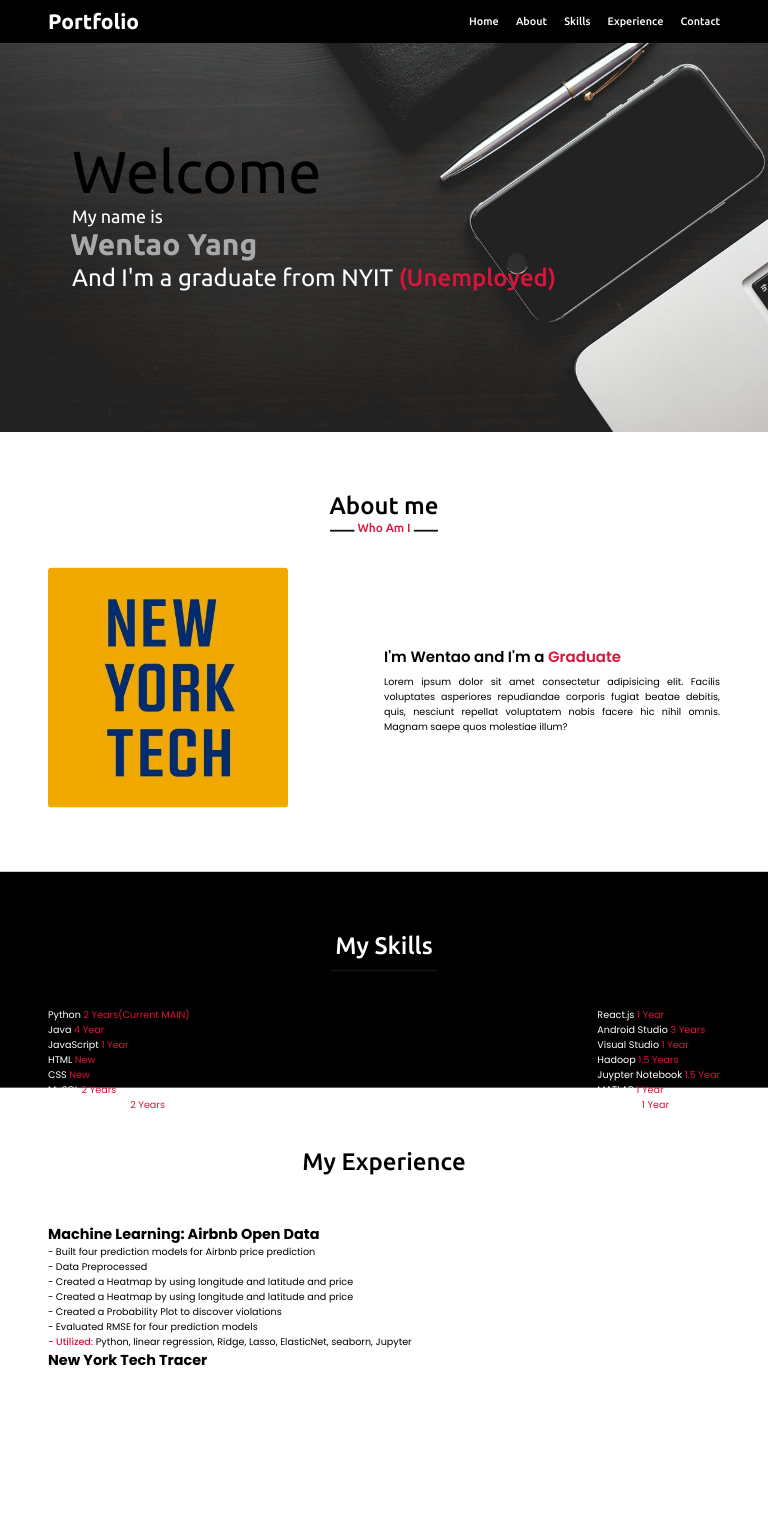
Repository: wyang08/wyang08.github.io
Page: index.html
These files come from the project's save history. The page is drawn as it stood at one moment and after the next save; the edit follows.
The browser window is 1280 px wide. The pictures show the whole page, at 60% of full size.

Above is the page before, as saved 2021-07-02 20:15:33.

### index.html
<!DOCTYPE html>
<html lang="en">
<head>
    <meta charset="UTF-8">
    <meta name="viewport" content="width=divice-width, initial-scale=1.0">
    <title>Personal Porfolio Website</title>
    <link rel="stylesheet" href="style.css">
    <script src="https://kit.fontawesome.cm/a076d05399.js"></script>
    <script src="https://code.jquery.com/jquery-3.5.1.min.js"></script>
</head>

<body>

    <nav class="navbar">
        <div class="max-width">

            <div class="logo"><a href="#">Portfo<span>lio</span></a></div>

            <ul class="menu">
                <li><a href="#home" class="menu-btn">Home</a></li>
                <li><a href="#about" class="menu-btn">About</a></li>
                <li><a href="#skills" class="menu-btn">Skills</a></li>
                <li><a href="#experience" class="menu-btn">Experience</a></li>
                <li><a href="#contact" class="menu-btn">Contact</a></li>
            </ul>

        </div>


    </nav>

    <!-- home section 内容 -->
    <section class="home" id="home">
        <div class="max-width">
            <div class="home-content">
                <div class="text-1">Welcome</div>
                <div class="text-2">My name is</div>
                <div class="text-3">Wentao Yang</div>
                <div class="text-4">And I'm a graduate from NYIT <span>(Unemployed)</span></div>
            </div>
        </div>
    </section>

    <!-- about section 内容 -->
    <section class="about" id="about">
        <div class="max-width">
            <h2 class="title">About me</h2>
            <div class='about-content'>
                <div class="column left">
                    <img src="images/background/NYIT.jpg" alt="">
                </div>
                <div class="column right">
                    <div class="text">I'm Wentao and I'm a <span>Graduate</span></div>
                    <p>Lorem ipsum dolor sit amet consectetur adipisicing elit. Facilis voluptates asperiores repudiandae corporis fugiat beatae debitis, quis, nesciunt repellat voluptatem nobis facere hic nihil omnis. Magnam saepe quos molestiae illum?</p>
                </div>
            </div>
        </div>
    </section>

    <!-- skill section 内容 -->
    <section class="skills" id="skills">
        <div class="max-width">
            <h2 class="title">My Skills</h2>
            <div class="skill-set">
                <div class="column left">
                    <div class="text-1">Python <span>2 Years(Current MAIN)</span></div>
                    <div class="text-2">Java <span>4 Year</span></div>
                    <div class="text-3">JavaScript <span>1 Year</span></div>
                    <div class="text-4">HTML <span>New</span></div>
                    <div class="text-5">CSS <span>New</span></div>
                    <div class="text-6">MySQL <span>2 Years</span></div>
                    <div class="text-7">NoSQL(Firebase) <span> 2 Years</span></div>
                </div>
                <div class="column right">
                    <div class="text-1">React.js <span>1 Year</span></div>
                    <div class="text-2">Android Studio <span>3 Years</span></div>
                    <div class="text-3">Visual Studio <span>1 Year</span></div>
                    <div class="text-4">Hadoop <span>1.5 Years</span></div>
                    <div class="text-5">Juypter Notebook <span>1.5 Year</span></div>
                    <div class="text-6">MATLAB <span>1 Year</span></div>
                    <div class="text-7">AWS EC2 <span>1 Year</span></div>
                </div>
            </div>
        </div>

    </section>

    <script src="script.js"></script>


    <!-- experience seciton content -->
    <section class="experience" id="experience">
        <div class="max-width">
            <h2 class="title">My Experience</h2>
            <div class='all-experience'>
                <div class="first">
                    <h2 class="title-1">Machine Learning: Airbnb Open Data</h2>
                    <!-- <div class="experience-1">Machine Learning: Airbnb Open Data</div> -->
                    <div class="text-1">- Built four prediction models for Airbnb price prediction</div>
                    <div class="text-2">- Data Preprocessed</div>
                    <div class="text-3">- Created a Heatmap by using longitude and latitude and price </div>
                    <div class="text-4">- Created a Heatmap by using longitude and latitude and price </div>
                    <div class="text-5">- Created a Probability Plot to discover violations</div>
                    <div class="text-6">- Evaluated RMSE for four prediction models </div>
                    <div class="text-7"><span>- Utilized:</span> Python, linear regression, Ridge, Lasso, ElasticNet, seaborn, Jupyter </div>
                </div>

                <div class="second">
                    <h2 class="title-1">New York Tech Tracer</h2>
                </div>

            </div>
        </div>
    </section>

</body>




</html>

### style.css
@import url('https://fonts.googleapis.com/css2?family=Poppins:wght@400;500;600;700&family=Ubuntu:wght@400;500;700&display=swap');

*{
    margin: 0;
    padding: 0;
    box-sizing: border-box;
    text-decoration: none;

}

html{
    scroll-behavior: smooth;
}

/* @media (max-width: 1104px) {
    .about .about-content .left img{
        height: 350px;
        width: 350px;
    }
}

@media (max-width: 991px) {
    .max-width{
        padding: 0 50px;
    }
} */


/* navbar styling */
.navbar{
    position: fixed;
    width: 100%;
    padding: 15px 0;
    z-index: 999;
    background: black;
    font-family: 'Ubuntu', sans-serif;
}

.navbar.sticky{
    padding: 15px 0;
    background: gray
}

.navbar.sticky .logo a span{
    color: white;
}

.navbar .menu li a{
    color: white;
    font-size: 18px;
    font-weight: 500;
    margin-left: 25px;
    transition: all 0.3s ease;
}

.navbar .menu li a:hover{
    color: crimson;
}

/* 标题大小 */
.navbar .logo a{
    color: white;
    font-size: 35px;
    font-weight: 600;
}

/* Subtitle display style */
.navbar .menu li{
    list-style-type: none;
    display: inline-block;
}

.navbar .max-width{
    display: flex;
    align-items: center;
    justify-content: space-between;
}

.max-width{
    max-width: 1300px;
    padding: 0 80px;
    margin: auto;
}

/* Home Styling & 内容 */
.home{
    display: flex;
    /* background: white; */
    height: 100vh;
    background: url("images/background/portfolio-background.jpg") no-repeat center;
    background-size: cover;
    min-height: 500px;
    color: white;
    font-family: 'Ubuntu', sans-serif;
}

.home .max-width{
    margin: auto 0 auto 40px;
}

.home .home-content .text-1{
    font-size: 99px;
    color: black;
}
.home .home-content .text-2{
    font-size: 30px;
}
.home .home-content .text-3{
    font-size: 50px;
    font-weight: 600;
    margin-left: -3px;
    color: darkgray;
}
.home .home-content .text-4{
    font-size: 40px;
    margin: 5px 0;
}
.home .home-content .text-4 span{
    color: crimson;
    font-weight: 500;
}




/* About Styling & 内容 */
section{
    padding: 100px 0;
}
.about{
    font-family: 'Poppins', sans-serif;
}
.about .title{
    position: relative;
    text-align: center;
    font-family: 'Ubuntu', sans-serif;
    margin-bottom: 60px;
    padding-bottom: 20px;
    font-size: 40px;
    font-weight: 500;
}

.about .title::before{
    content: "";
    position: absolute;
    bottom: 0px;
    left: 50%;
    width: 180px;
    height: 3px;
    background: #111;
    transform: translateX(-50%);
}

.about .title::after{
    content: "Who Am I";
    position: absolute;
    bottom: -10px;
    left: 50%;
    padding: 5px;
    font-size: 20px;
    color: crimson;
    background: white;
    transform: translateX(-50%);
}

.about .about-content{
    display: flex;
    flex-wrap: wrap;
    align-items: center;
    justify-content: space-between;
}

.about .about-content .left img{
    height: 400px;
    width: 400px;
    border-radius: 6px;
    object-fit: cover;
}

.about .about-content .left{
    width: 45%;
}

.about .about-content .right{
    width: 55%;
}

.about .about-content .right .text{
    font-size: 25px;
    font-weight: 600;
    margin-bottom: 10px;
}

.about .about-content .right .text span{
    color: crimson;
}

.about .about-content .right p{
    text-align: justify;
}

.about .about-content .column{
    width: 50%;
}

/* skill styling 内容 */
.skills{
    font-family: 'Poppins', sans-serif;
    color: white;
    background: black;
    /* background-size: cover; */
    /* min-height: 500px; */
    height: 50vh;

}

.skills .title{
    position: relative;
    text-align: center;
    font-family: 'Ubuntu', sans-serif;
    margin-bottom: 60px;
    padding-bottom: 20px;
    font-size: 40px;
    font-weight: 500;
}

.skills .title::before{
    content: "";
    position: absolute;
    bottom: 0px;
    left: 50%;
    width: 180px;
    height: 3px;
    background: #111;
    transform: translateX(-50%);
}

.skills .skill-set{
    display: flex;
    flex-wrap: wrap;
    align-items: center;
    justify-content: space-between;
}

.skills .skill-set .left span{
    color: crimson;
}
.skills .skill-set .right span{
    color: crimson;
}

/* experience styling 内容 */
.experience{
    font-family: 'Poppins', sans-serif;
    color: black;
    background: white;
    height: 100vh;
}
.experience .title{
    position: relative;
    text-align: center;
    font-family: 'Ubuntu', sans-serif;
    margin-bottom: 60px;
    padding-bottom: 20px;
    font-size: 40px;
    font-weight: 500;
}

.experience .all-experience span{
    color: crimson;
    font-weight: 500;
}

### script.js
$(document).ready(function(){
    $(window).scroll(function(){
        if(this.scrollY > 20){
            $('.navbar').addClass('sticky');
        }
        else{
            $('.navbar').removeClass('sticky');
        }
    })
});

$('.menu-btn').click(function(){
    $('.navbar .menu').toggleClass("active");
    $('.menu-btn i').toggleClass("active");
});

After the next save:
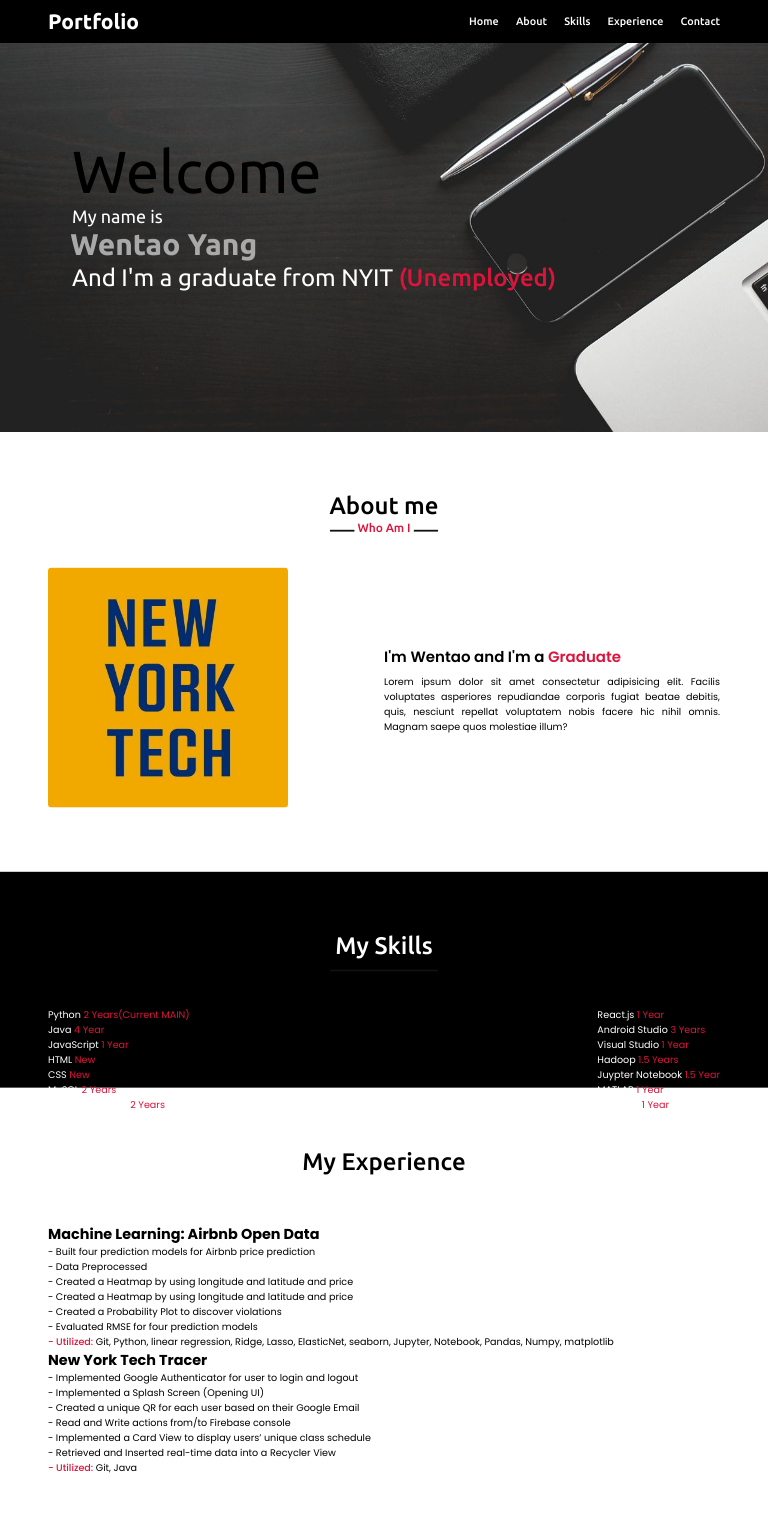
Saved 5 min 8 s later.
--- a/index.html
+++ b/index.html
@@ -102,11 +102,18 @@
                     <div class="text-4">- Created a Heatmap by using longitude and latitude and price </div>
                     <div class="text-5">- Created a Probability Plot to discover violations</div>
                     <div class="text-6">- Evaluated RMSE for four prediction models </div>
-                    <div class="text-7"><span>- Utilized:</span> Python, linear regression, Ridge, Lasso, ElasticNet, seaborn, Jupyter </div>
+                    <div class="text-7"><span>- Utilized:</span> Git, Python, linear regression, Ridge, Lasso, ElasticNet, seaborn, Jupyter, Notebook, Pandas, Numpy, matplotlib </div>
                 </div>
 
                 <div class="second">
-                    <h2 class="title-1">New York Tech Tracer</h2>
+                    <h2 class="title-2">New York Tech Tracer</h2>
+                    <div class="text-1">- Implemented Google Authenticator for user to login and logout</div>
+                    <div class="text-2">- Implemented a Splash Screen (Opening UI)</div>
+                    <div class="text-3">- Created a unique QR for each user based on their Google Email </div>
+                    <div class="text-4">- Read and Write actions from/to Firebase console</div>
+                    <div class="text-5">- Implemented a Card View to display users’ unique class schedule  </div>
+                    <div class="text-6">- Retrieved and Inserted real-time data into a Recycler View</div>
+                    <div class="text-7"><span>- Utilized:</span> Git, Java </div>
                 </div>
 
             </div>
